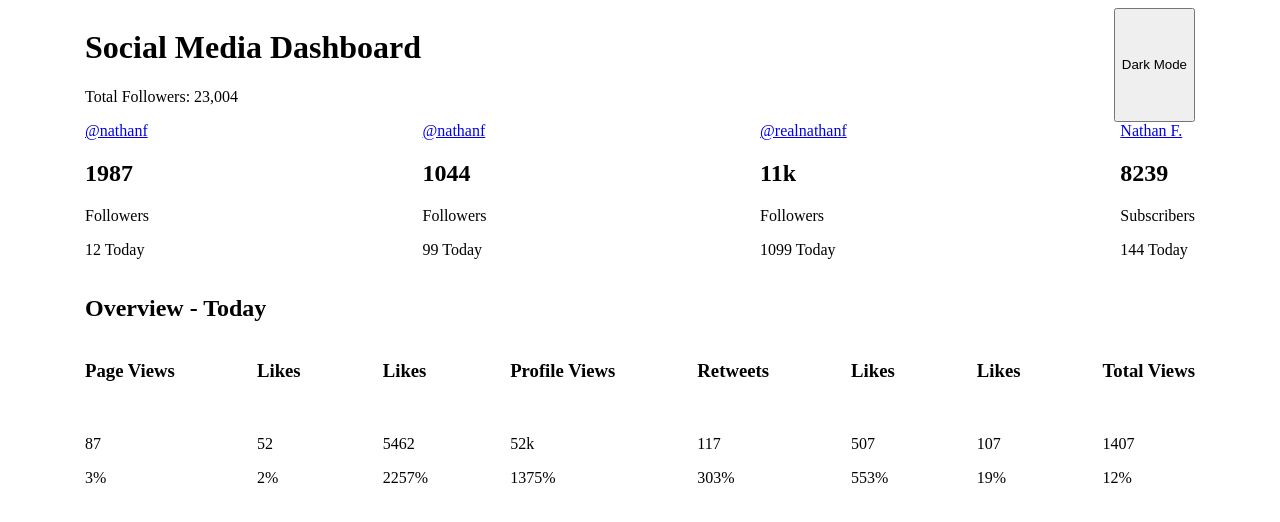
Repository: mamulini/social-media-dashboard-with-theme-switcher-master
Page: index.html
An editor plug-in stored every save of this project. The page is shown before and after the next save, followed by the edit.
The browser window is 1280 px wide. The pictures show the whole page.

Above is the page before, as saved 2020-04-05 23:50:58.

After the next save:
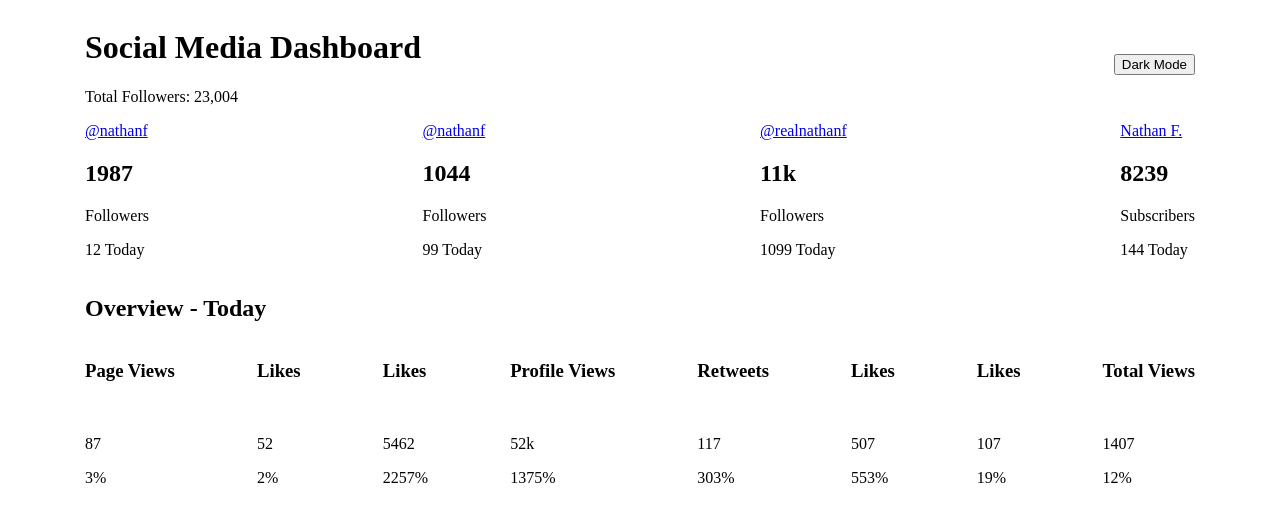
Saved 32 s later.
--- a/css/style.css
+++ b/css/style.css
@@ -7,7 +7,7 @@
 .header{
     display: flex;
     justify-content: space-between;
-    align-content: center;
+    align-items: center;
 }
 
 .followers_block{
